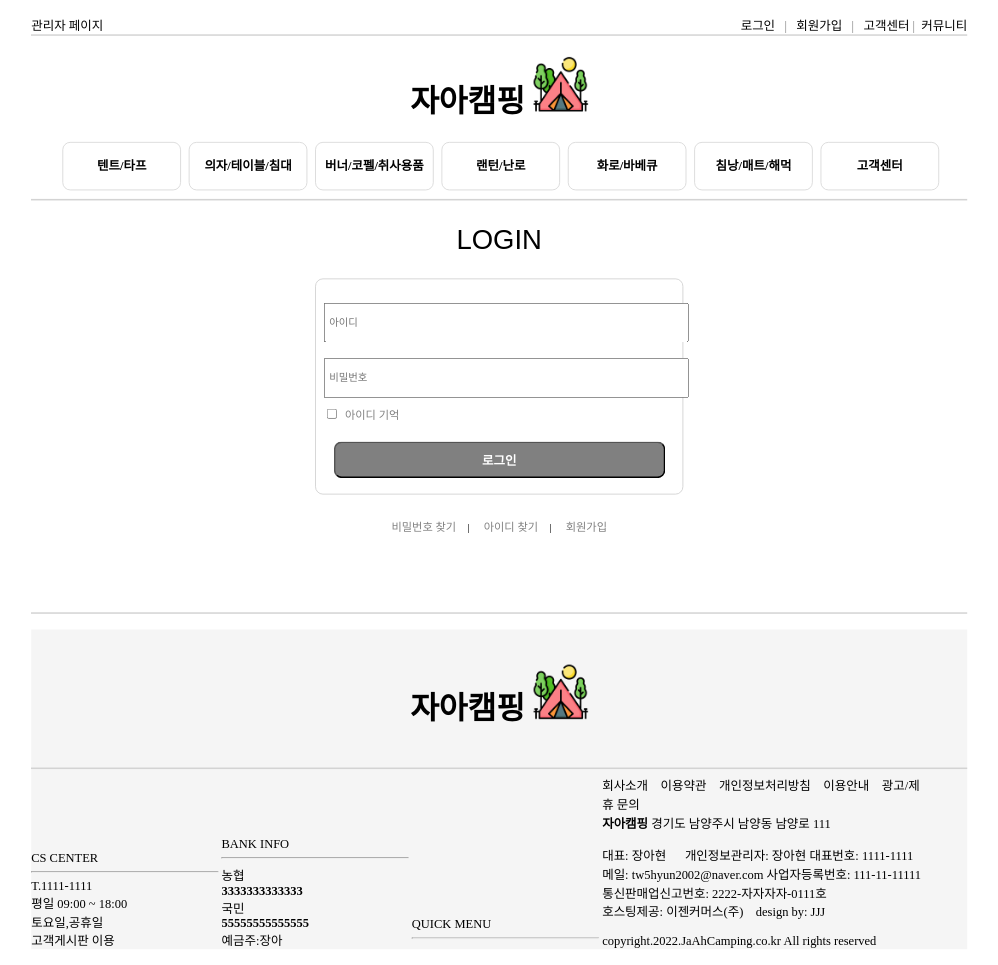
Repository: JJang-Ah/JSP-shoping-mall-project
Page: http://localhost/JaAhCamping/logon/memberLoginForm.jsp
These files come from the project's save history. The page is drawn as it stood at one moment and after the next save; the edit follows.
The browser window is 1280 px wide. The pictures show the whole page, at 78% of full size.
Some web fonts or font styles are not loaded; a fallback is used. The page is served by Tomcat 9. Other server files are loaded and not shown.

Above is the page before, as saved 2022-06-12 14:04:02.

### JaAhCamping/WebContent/logon/memberLoginForm.jsp
<%@ page language="java" contentType="text/html; charset=UTF-8"
    pageEncoding="UTF-8"%>
<!DOCTYPE html>
<html>
<head>
<meta charset="UTF-8">
<title>로그인 폼</title>
<style>
@import url('https://fonts.googleapis.com/css2?family=Hammersmith+One&family=Paytone+One&display=swap');
#container { width: 1200px; margin: 0 auto;}
/* 상단 - 메인, 서브 타이틀 */
.t_title { font-family: 'Hammersmith One', sans-serif; font-size: 2.2em; text-align: center; margin: 30px 0;}

/* 중단 - 입력창 */
.f_input { width: 450px; text-align: center; border: 1px solid #ccc; padding: 10px; margin: 30px auto; border-radius: 10px;}
.f_input .c_id, .f_input .c_pwd { height: 45px; margin-top: 20px; padding-left: 5px;}
.f_input .f_chk { text-align: left; margin-top: 10px; font-size: 0.9em; color: gray;}
.f_input #btn_Login { width: 425px; height: 47px; margin-top: 25px; background: gray; color: white;
 font-size: 16px; font-weight: bold; cursor: pointer; margin-top: 25px; margin-bottom: 10px; border-radius: 10px;}

 /* 하단 - 비밀번호 찾기, 아이디 찾기, 회원가입 */
 .f_a { text-align: center; margin-top: 30px; font-size: 0.9em;}
 .f_a a {color: gray;}
 .t_line { border: 1px solid #e9ecef; margin: 20px 0;}


</style>

<script>
	document.addEventListener("DOMContentLoaded", function() {
		let form = document.loginForm;
		// 로그인 버튼을 클릭했을 때 유효성 검사 (공백 유무)
		let btn_Login = document.getElementById("btn_Login");
		btn_Login.addEventListener("click", function() {
			if(!form.id.value) {
				alert('아이디를 입력하시오.!');
				form.id.focus();
				return;
			}

			if(!form.pwd.value) {
				alert('비밀번호를 입력하시오.!');
				form.pwd.focus();
				return;
			}

			// 아이디 기억하기
			let now = new Date(); // 오늘 날짜
			let name = "cookieId"; // 쿠키 이름
			let value = form.id.value; // 쿠키 값

			if(form.chk.checked == true) { // 체크박스를 체크했을 때 -> 쿠키 생성
				// 만료시간: 지금으로부터 7일 후로 설정, 만료시간으로 사용
				now.setDate(now.getDate() + 7);
			} else { // 체크박스를 해제했을 때 -> 쿠키 삭제
				// 만료시간: 지금 시간으로 설정
				now.setDate(now.getDate() + 0);
			}

			// 쿠키 생성시에 필요한 정보 - 쿠키의 이름과 값, 위치, 만료시간
			// ;path=/;expires= : 현재 페이지의 위치
			document.cookie = name + "=" + escape(value) + ";path=/;expires=" +now.toGMTString() + ";";

			form.submit();
		})


		// 쿠키가 생성되어 있을 때 쿠키에 저장된 값인 아이디를 아이디 입력상자에 놓도록 하는 작업
		// 쿠키 확인 - 쿠키가 존재한다면
		if(document.cookie.length > 0) {
			var search = "cookieId=";
			var idx = document.cookie.indexOf(search); // 쿠키 중에서 cookieId=이 나오는 위치
			if(idx != -1) { // cookieId값이 존재한다면
				idx += search.length;
				var end = document.cookie.indexOf(';', idx);

				if(end == -1) {
					end = document.cookie.length;
				}

				form.id.value = document.cookie.substring(idx, end);
				form.chk.checked = true;
			}
		}
	})
</script>
</head>
<body>

<div id="container">
	<jsp:include page="../mall/shopTop.jsp"></jsp:include>
	<div class="t_title">LOGIN</div>

	<form action="memberLoginPro.jsp" method="post" name="loginForm">
		<div class="f_input">
			<div class="f_id"><input type="text" id="id" name="id" class="c_id" placeholder="아이디" size="55"></div>
			<div class="f_pwd"><input type="password" id="pwd" name="pwd" class="c_pwd" placeholder="비밀번호" size="55"></div>
			<div class="f_chk">
				<input type="checkbox" id="chk" class="c_chk" size="55" name="chk">&nbsp;
				<label for="chk">아이디 기억</label>
			</div>
			<div class="f_submit"><input type="button" value="로그인" id="btn_Login"></div>
		</div>
		<div class="f_a">
			<a href="#">비밀번호 찾기</a>&emsp;|&emsp;
			<a href="#">아이디 찾기</a>&emsp;|&emsp;
			<a href="../member/memberJoinForm.jsp">회원가입</a>
		</div>
	</form>
	<hr class="t_line">
	<jsp:include page="../mall/shopBottom.jsp"></jsp:include>
</div>

</body>
</html>

### JaAhCamping/WebContent/mall/shopTop.jsp
<%@ page language="java" contentType="text/html; charset=UTF-8"
    pageEncoding="UTF-8"%>
<!DOCTYPE html>
<html>
<head>
<meta charset="UTF-8">
<title>Insert title here</title>
<link href="https://fonts.googleapis.com/css2?family=Do+Hyeon&display=swap" rel="stylesheet">

<style>
#container { width: 1200px; margin: 20px auto;}
/* 상단 */
a { text-decoration: none; color: black;}
.t_box1 { text-align: right;}
.t_box1 #admin_page { display: inline-block; float: left;}
.t_box1 .user_menu { display: inline-block; float: right; color: gray;}
.h_line { clear: both; border: 1px solid lightgray; margin-top: 20px;}
.title { text-align: center; font-family: 'Do Hyeon', sans-serif; font-size: 40px;}
#camping { width: 70px; height: 70px;}
#title_sub_go { font-size: 0.8em;}

/* 메뉴 */
.m_menu { list-style: none; font-weight: bold;}
.m_menu .m_m_list { display: inline-block; float: left; width: 150px; height: 60px;
margin-right: 10px; border: 1px solid lightgray; text-align: center; line-height: 60px; border-radius: 10px;}
.m_menu > .m_m_list { position: relative;}
.m_menu { color: black;}
.m_menu > .m_m_list:hover >.s_menu { display: block;}
.m_m_list > .s_menu { display: none; position: absolute; top: 61px; border: 1px solid lightgray; background: white; border-radius: 10px;}
.s_menu .s_m_list { text-align: left; width: 200px;}

.t_line { clear: both; border: 1px solid lightgray; margin-top: 100px;}
</style>
</head>
<body>
<%
request.setCharacterEncoding("utf-8");

String memberId = (String)session.getAttribute("memberId");

if(memberId == null) {

}

%>
<div id="container">

	<div class="t_box1"> <%--  --%>
		<div id="admin_page"><a href="http://localhost:8088/JaAhCamping/manager/managerMain.jsp">관리자 페이지</a></div>
		<div class="user_menu">
		<%if(memberId == null) {  %>
			<a href="http://localhost:8088/JaAhCamping/logon/memberLoginForm.jsp"><span>로그인</span></a>&ensp; |&ensp;
			<a href="http://localhost:8088/JaAhCamping/member/memberJoinForm.jsp"><span>회원가입</span></a>&ensp; |&ensp;
		<%} else { %>
			<a href="../member/memberInfoForm.jsp"><span><%=memberId %>님</span></a>&ensp; |&ensp;
			<a href="../logon/memberLogout.jsp"><span>로그아웃</span></a>&ensp; |&ensp;
			<a href="#"><span>장바구니</span></a>&ensp; |&ensp;
		<%} %>
		<a href="#">고객센터</a>&nbsp;|&nbsp;
		<a href="#">커뮤니티</a>
		</div>
	</div>
	<hr class="h_line">

	<%-- 상단 제목 --%>
	<h1 class="title"><a href="http://localhost:8088/JaAhCamping/mall/shopAll.jsp">자아캠핑&nbsp;<img alt="camping" src="/JaAhCamping/icons/camping.png" id="camping"></a></h1>



	<nav class="menu">
		<ul class="m_menu">
			<li class="m_m_list"><a href="#">텐트/타프</a>
				<div class="s_menu">
					<ul>
						<li class="s_m_list"><a href="#">텐트</a></li>
						<li class="s_m_list"><a href="#">텐트관련품</a></li>
						<li class="s_m_list"><a href="#">타프</a></li>
						<li class="s_m_list"><a href="#">폴대/펙/스트링/스토퍼</a></li>
						<li class="s_m_list"><a href="#">공구</a></li>
						<li class="s_m_list"><a href="#">기타(텐트/타프)</a></li>
					</ul>
				</div>
			</li>
			<li class="m_m_list"><a href="#">의자/테이블/침대</a>
				<div class="s_menu">
					<ul>
						<li class="s_m_list"><a href="#">의자</a></li>
						<li class="s_m_list"><a href="#">테이블</a></li>
						<li class="s_m_list"><a href="#">선반/수납가구</a></li>
						<li class="s_m_list"><a href="#">야전침대</a></li>
						<li class="s_m_list"><a href="#">퍼니쳐</a></li>
						<li class="s_m_list"><a href="#">기타(의자/테이블/침대)</a></li>
					</ul>
				</div>
			</li>
			<li class="m_m_list"><a href="#">버너/코펠/취사용품</a>
				<div class="s_menu">
					<ul>
						<li class="s_m_list"><a href="#">버너</a></li>
						<li class="s_m_list"><a href="#">코펠</a></li>
						<li class="s_m_list"><a href="#">취사용품</a></li>
						<li class="s_m_list"><a href="#">식기류</a></li>
						<li class="s_m_list"><a href="#">기타(버터/코펠/취사용품)</a></li>
					</ul>
				</div>
			</li>
			<li class="m_m_list"><a href="#">랜턴/난로</a>
				<div class="s_menu">
					<ul>
						<li class="s_m_list"><a href="#">랜턴</a></li>
						<li class="s_m_list"><a href="#">후레쉬</a></li>
						<li class="s_m_list"><a href="#">난로</a></li>
						<li class="s_m_list"><a href="#">액세서리</a></li>
						<li class="s_m_list"><a href="#">기타(랜턴/난로)</a></li>
					</ul>
				</div>
			</li>
			<li class="m_m_list"><a href="#">화로/바베큐</a>
				<div class="s_menu">
					<ul>
						<li class="s_m_list"><a href="#">화로대</a></li>
						<li class="s_m_list"><a href="#">바베큐 그릴</a></li>
						<li class="s_m_list"><a href="#">토치</a></li>
						<li class="s_m_list"><a href="#">바베큐 소품</a></li>
						<li class="s_m_list"><a href="#">기타(화로/바베큐)</a></li>
					</ul>
				</div>
			</li>
			<li class="m_m_list"><a href="#">침낭/매트/해먹</a>
				<div class="s_menu">
					<ul>
						<li class="s_m_list"><a href="#">침낭</a></li>
						<li class="s_m_list"><a href="#">베개/쿠션/방석</a></li>
						<li class="s_m_list"><a href="#">매트</a></li>
						<li class="s_m_list"><a href="#">해먹</a></li>
						<li class="s_m_list"><a href="#">기타(침낭/매트/해먹)</a></li>
					</ul>
				</div>
			</li>
			<li class="m_m_list"><a href="#">고객센터</a>
			</li>
		</ul>
	</nav>
	<hr class="t_line">
</div>

</body>
</html>

### JaAhCamping/WebContent/mall/shopBottom.jsp
<%@ page language="java" contentType="text/html; charset=UTF-8"
    pageEncoding="UTF-8"%>
<!DOCTYPE html>
<html>
<head>
<meta charset="UTF-8">
<title>Insert title here</title>
<style>
#container_bottom {  width: 100%; background: #f5f5f5;}

.b_line { border: 1px solid lightgray; margin-top: 50px;}

.b_box1 { display: inline-block; width: 20%;}
.b_box2 { display: inline-block; width: 20%;}
.b_box3 { display: inline-block; width: 20%;}
.b_box4 { display: inline-block; width: 35%;}


</style>
</head>
<body>
<div id="container_bottom">
	<br>
	<h1 class="title"><a href="http://localhost:8088/JaAhCamping/mall/shopAll.jsp">자아캠핑&nbsp;<img alt="camping" src="/JaAhCamping/icons/camping.png" id="camping"></a></h1>
	<hr class="b_line">
	<div class="b_boxes">
		<div class="b_box1">
			<span>CS CENTER</span>
			<hr>
			<span>T.1111-1111</span><br>
			<span>평일 09:00 ~ 18:00<br>
			토요일,공휴일<br>
			고객게시판 이용</span>
		</div>
		<div class="b_box2">
			<span>BANK INFO</span>
			<hr>
			<span>
			농협 <br>
			<b>3333333333333</b><br>
			국민<br>
			<b>55555555555555</b><br>
			예금주:장아
			</span>
		</div>
		<div class="b_box3">
			<span>QUICK MENU</span>
			<hr>
			<div>

			</div>
		</div>
		<div class="b_box4">
		회사소개 &ensp; 이용약관 &ensp; 개인정보처리방침 &ensp; 이용안내 &ensp; 광고/제휴 문의<br>
		<b>자아캠핑</b>
		<span>
		경기도 남양주시 남양동 남양로 111 <br><br>
		대표: 장아현 &ensp;&ensp; 개인정보관리자: 장아현
		대표번호: 1111-1111&ensp;&ensp; 메일: tw5hyun2002@naver.com
		사업자등록번호: 111-11-11111<br>
		통신판매업신고번호: 2222-자자자자-0111호<br>
		호스팅제공: 이젠커머스(주)&ensp;&ensp;design by: JJJ<br><br>
		copyright.2022.JaAhCamping.co.kr All rights reserved
		</span>

		</div>
	</div>

</div>
</body>
</html>

After the next save:
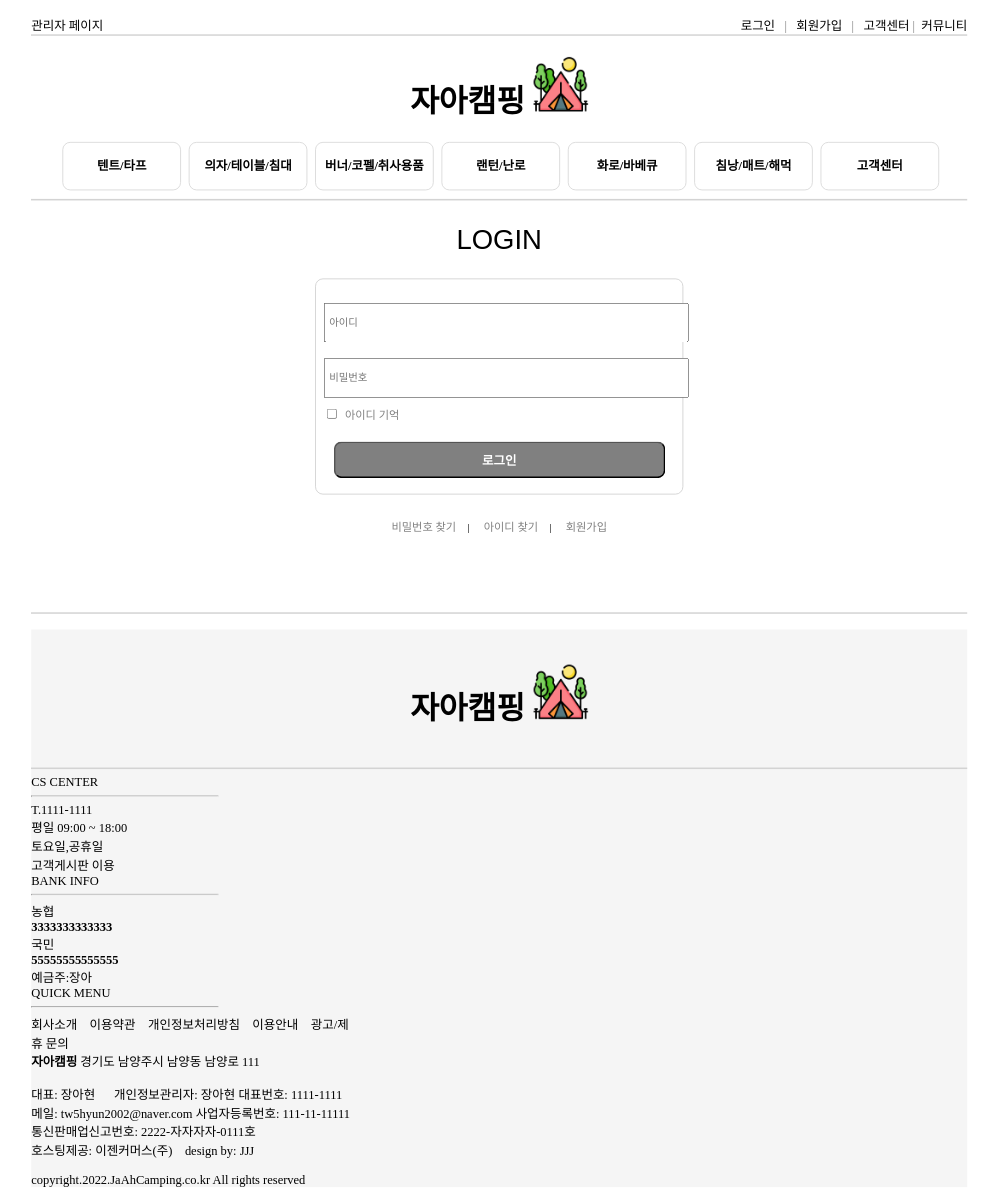
Saved 20 s later.
--- a/JaAhCamping/WebContent/mall/shopBottom.jsp
+++ b/JaAhCamping/WebContent/mall/shopBottom.jsp
@@ -10,10 +10,11 @@
 
 .b_line { border: 1px solid lightgray; margin-top: 50px;}
 
-.b_box1 { display: inline-block; width: 20%;}
-.b_box2 { display: inline-block; width: 20%;}
-.b_box3 { display: inline-block; width: 20%;}
-.b_box4 { display: inline-block; width: 35%;}
+
+.b_box1 { width: 20%;}
+.b_box2 { width: 20%;}
+.b_box3 { width: 20%;}
+.b_box4 { width: 35%;}
 
 
 </style>
